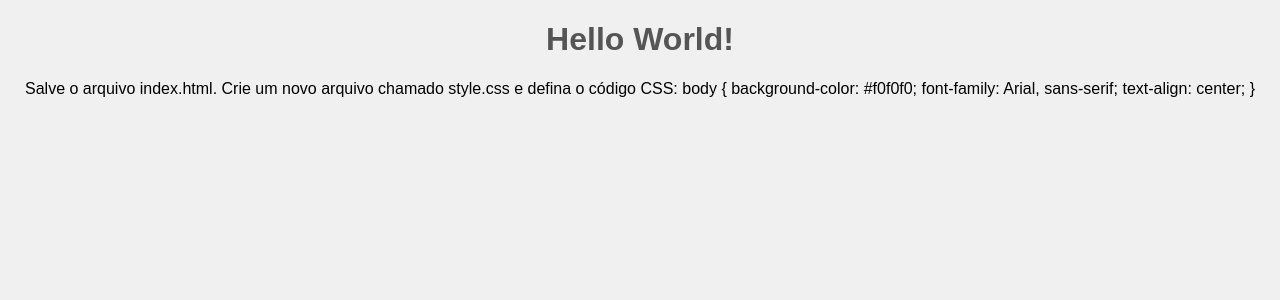
Repository: marcelolucaseng/Client-Server-NodeJs-Hello-Word
Page: index.html
An editor plug-in stored every save of this project. The page is shown before and after the next save, followed by the edit.
The browser window is 1280 px wide. The pictures show the whole page.

Above is the page before, as saved 2023-02-16 18:34:21.

### index.html
<!DOCTYPE html>
<html>

<head>
    <meta charset="UTF-8">
    <title>Hello World</title>
    <link rel="stylesheet" href="style.css">
</head>

<body>
    <h1>Hello World!</h1>
</body>

</html>
Salve o arquivo index.html.
Crie um novo arquivo chamado style.css e defina o código CSS:
body {
background-color: #f0f0f0;
font-family: Arial, sans-serif;
text-align: center;
}

### style.css
body {
    background-color: #f0f0f0;
    font-family: Arial, sans-serif;
    text-align: center;
}

h1 {
    color: #555;
}

After the next save:
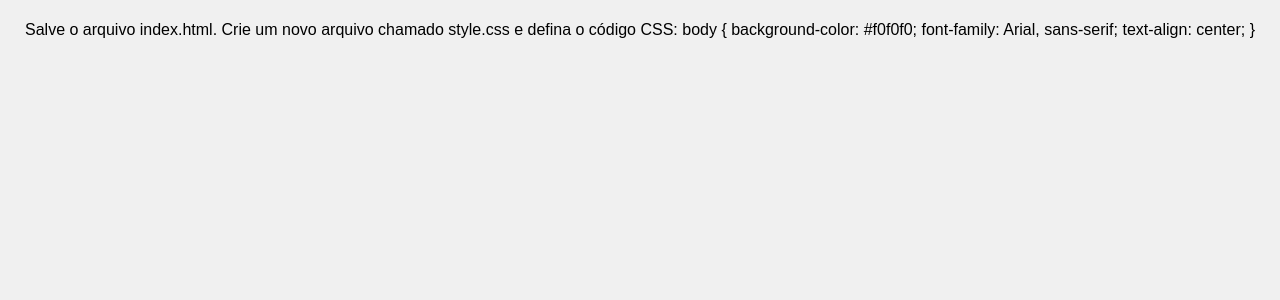
Saved 88 s later.
--- a/index.html
+++ b/index.html
@@ -8,7 +8,7 @@
 </head>
 
 <body>
-    <h1>Hello World!</h1>
+    <h1></h1>
 </body>
 
 </html>
